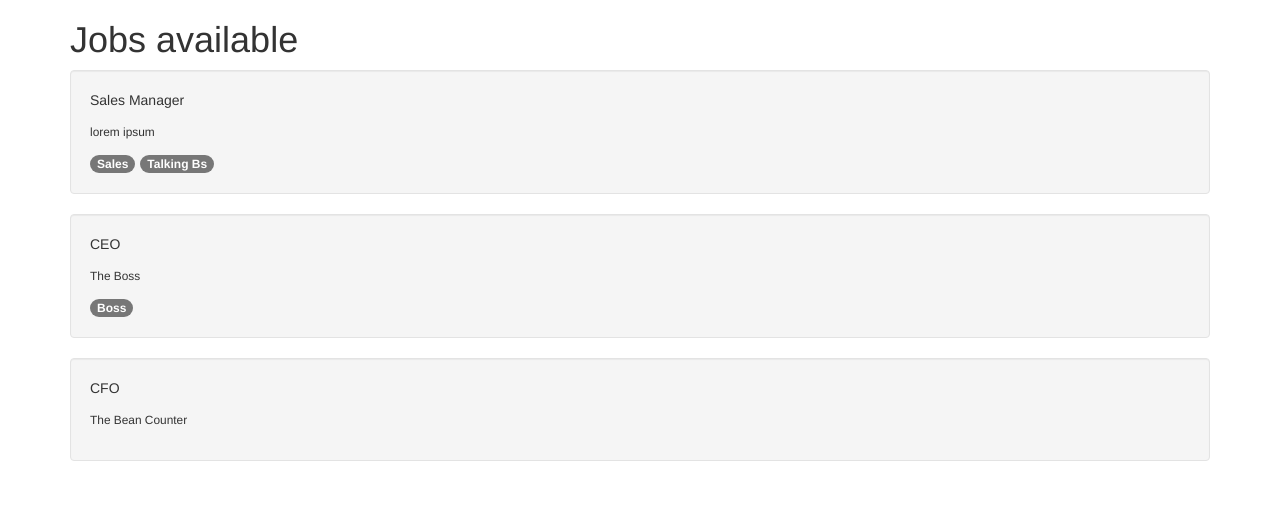
Repository: mturaga/JobsFinderTest
Page: http://localhost/
The author's editor kept a record of every edit. The page is drawn from the files as they stood at one moment, then again after the next edit.
The browser window is 1280 px wide. The pictures show the whole page.
The page is served by the project's Node server (server.js).

Above is the page before.
Console error: SyntaxError: Unexpected token '<'

After the next edit:
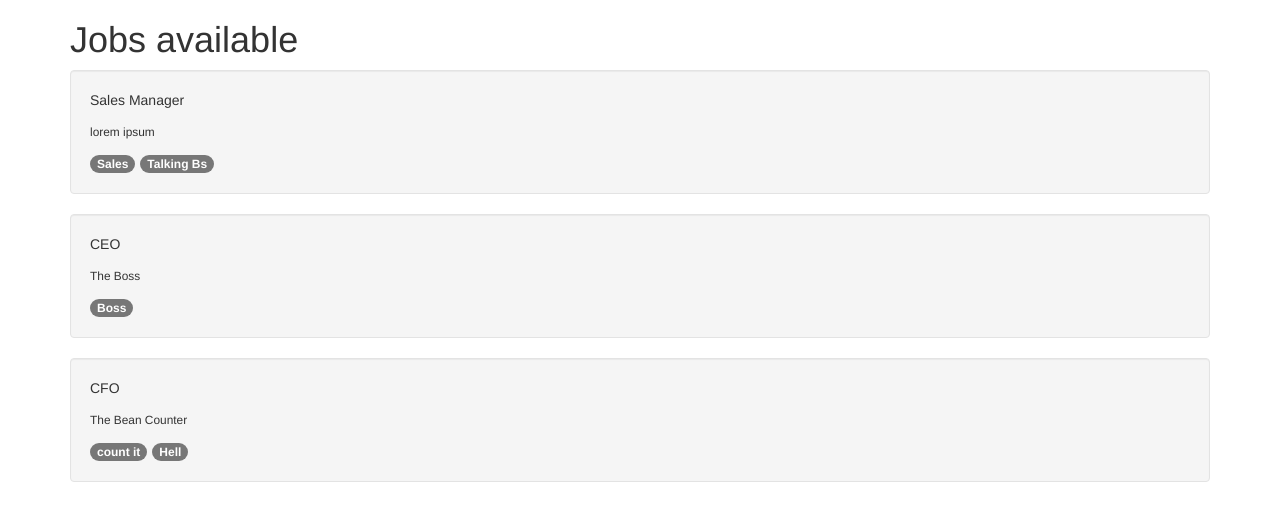
The edit:
--- a/public/app/app.js
+++ b/public/app/app.js
@@ -11,6 +11,7 @@
         tags: ["Boss"]
     },{
         title: "CFO",
-        description: "The Bean Counter"
+        description: "The Bean Counter",
+        tags: ["count it","Hell"]
     }];
 });
